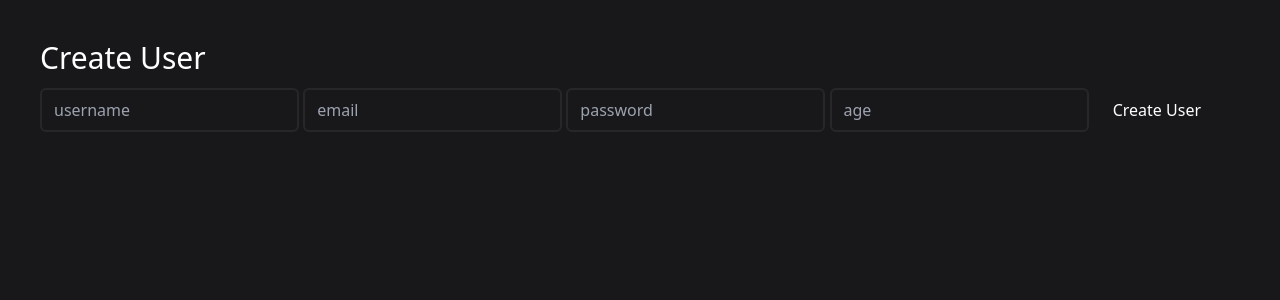
Repository: sulabh5911/login-Page
Page: http://localhost/
These files come from the project's save history. The page is drawn as it stood at one moment and after the next save; the edit follows.
The browser window is 1280 px wide. The pictures show the whole page.
Some web libraries are served in a nearby version. The page is served by the project's Node server (app.js).

Above is the page before, as saved 2024-08-28 15:22:42.

After the next save:
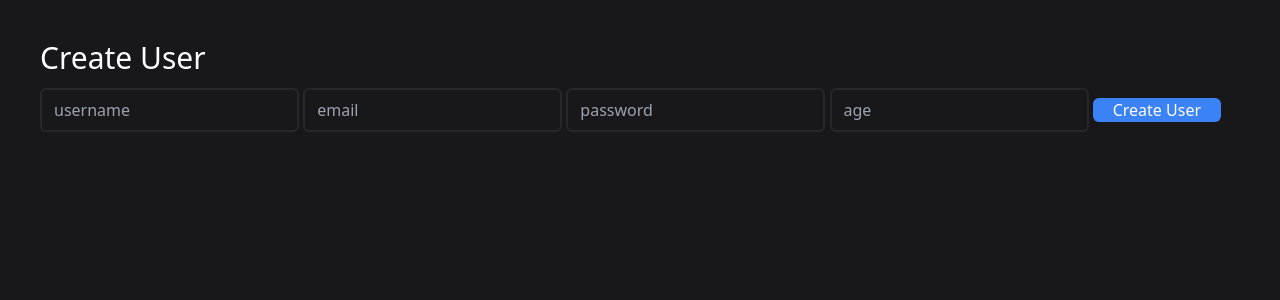
Saved 5 s later.
--- a/views/index.ejs
+++ b/views/index.ejs
@@ -14,7 +14,7 @@
             <input class="px-3 py-2 rounded-md bg-transparent border-2 border-zinc-800" type="email" placeholder="email" name="email">
             <input class="px-3 py-2 rounded-md bg-transparent border-2 border-zinc-800" type="password" placeholder="password" name="password">
             <input class="px-3 py-2 rounded-md bg-transparent border-2 border-zinc-800" type="number" placeholder="age" name="age">
-            <input class="px-5 rounded-md " type="submit" value="Create User">
+            <input class="px-5 rounded-md bg-blue-500" type="submit" value="Create User">
         </form>
     </div>
 </body>
